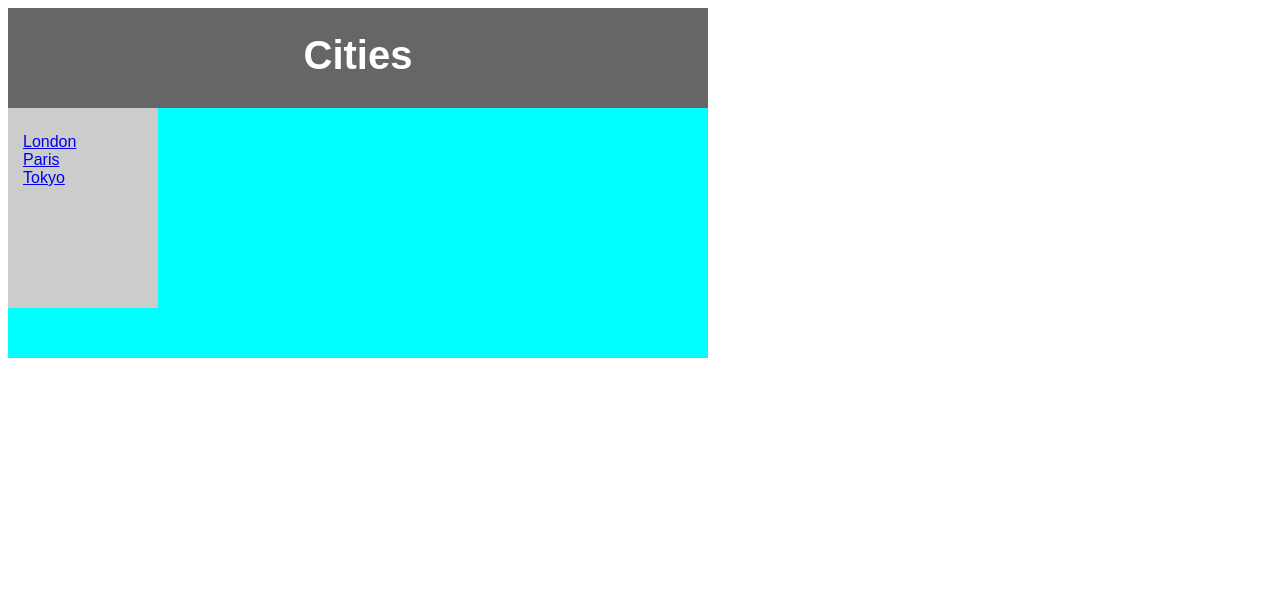
Repository: LongNguyen2504/T3H-FrondEnd
Page: Lesson3_CSS_HomeWork1.html
These files come from the project's save history. The page is drawn as it stood at one moment and after the next save; the edit follows.
The browser window is 1280 px wide. The pictures show the whole page.

Above is the page before, as saved 2021-12-01 17:49:40.

After the next save:
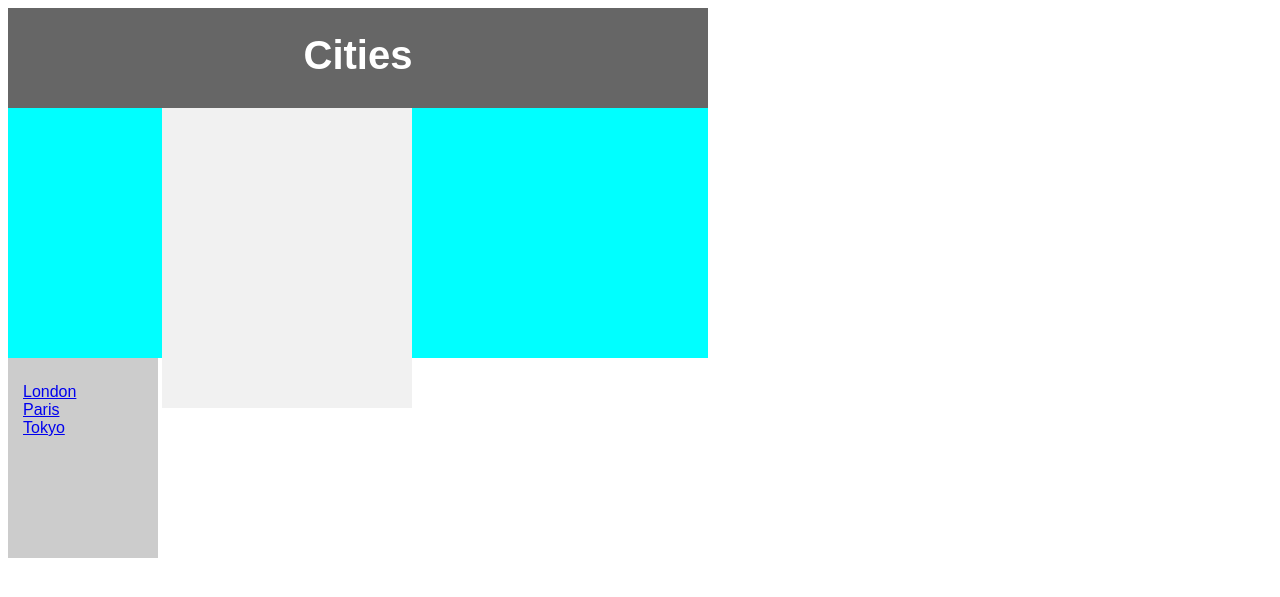
Saved 47 s later.
--- a/Lesson3_CSS_HomeWork1.css
+++ b/Lesson3_CSS_HomeWork1.css
@@ -34,4 +34,6 @@ li.first-list{
 div.right-column{
     display: inline-block;
     background-color: #f1f1f1 ;
+    width: 250px;
+    height: 300px;
 }
